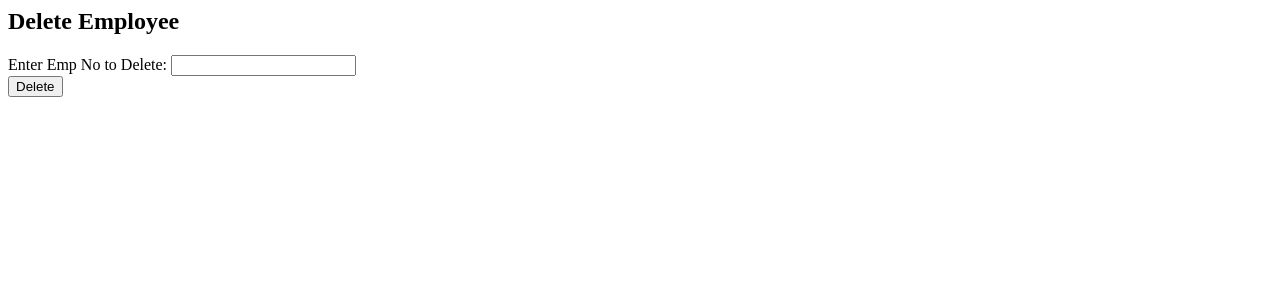
Repository: KUSUMA-74/Advance-JavaProject
Page: http://localhost/EmployeeWebApp/empdelete.jsp
The author's editor kept a copy of each file at every save. The page is drawn from the files as they stood at one save, then again after the next save.
The browser window is 1280 px wide. The pictures show the whole page.
The page is served by Tomcat 9. Other server files are loaded and not shown.

Above is the page before, as saved 2025-05-30 05:38:59.

### EmployeeWebApp/src/main/webapp/empdelete.jsp
<%@ page language="java" contentType="text/html; charset=UTF-8" %>
<html>
<head><title>Delete Employee</title></head>
<body>
    <h2>Delete Employee</h2>
    <form action="DeleteEmployeeServlet" method="post">
        Enter Emp No to Delete: <input type="number" name="empno" required><br>
        <input type="submit" value="Delete">
    </form>
</body>
</html>

After the next save:
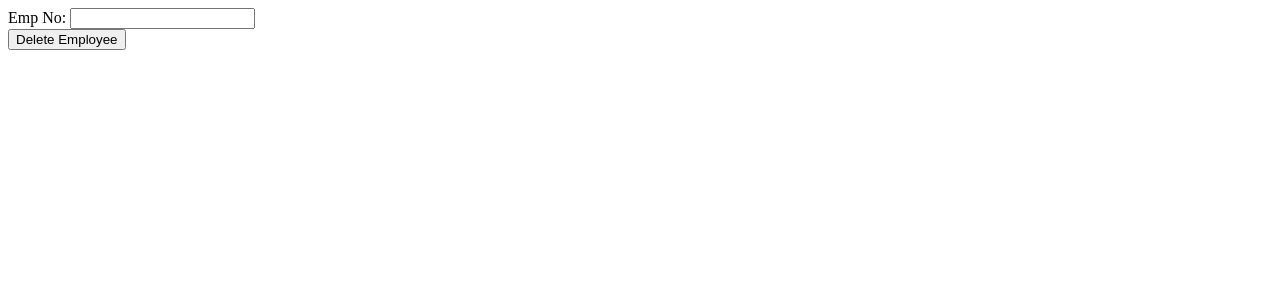
Saved 10 s later.
--- a/EmployeeWebApp/src/main/webapp/empdelete.jsp
+++ b/EmployeeWebApp/src/main/webapp/empdelete.jsp
@@ -1,11 +1,4 @@
-<%@ page language="java" contentType="text/html; charset=UTF-8" %>
-<html>
-<head><title>Delete Employee</title></head>
-<body>
-    <h2>Delete Employee</h2>
-    <form action="DeleteEmployeeServlet" method="post">
-        Enter Emp No to Delete: <input type="number" name="empno" required><br>
-        <input type="submit" value="Delete">
-    </form>
-</body>
-</html>
+<form action="DeleteEmployeeServlet" method="post">
+    Emp No: <input name="empno" /><br/>
+    <input type="submit" value="Delete Employee" />
+</form>
